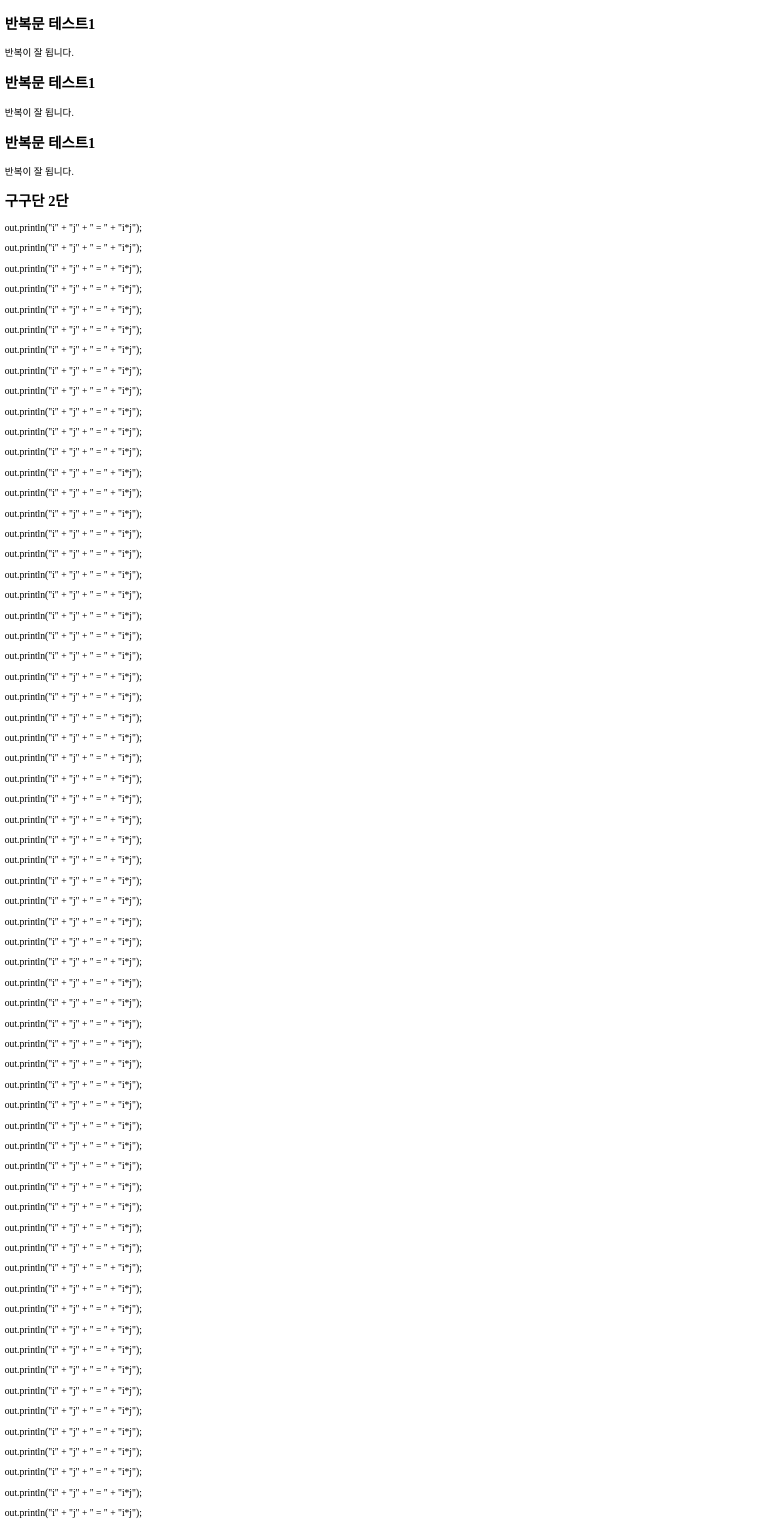
Repository: jjjjjjji-hun/jsp_practice
Page: http://localhost/JSPBasic/jspTag/Scriptlet.jsp
The author's editor kept a copy of each file at every save. The page is drawn from the files as they stood at one save, then again after the next save.
The browser window is 1280 px wide. The pictures show the whole page, at 60% of full size.
The page is served by Tomcat 9.

Above is the page before, as saved 2022-01-28 02:36:32.

### JSPBasic/src/main/webapp/jspTag/Scriptlet.jsp
<%@ page language="java" contentType="text/html; charset=UTF-8"
    pageEncoding="UTF-8"%>
<!DOCTYPE html>
<html>
<head>
<meta charset="UTF-8">
<title>Insert title here</title>
</head>
<body>
	<!-- 스크립트릿 내부에는 자바 코드를 작성할 수 있으며
	이 코드를 반영해 페이지가 구성됩니다. -->
	<% for(int i = 0; i < 3; i++){ %>
		<h2>반복문 테스트1</h2>
		<p>
			반복이 잘 됩니다.
		</p>
	<% } %>

	<!-- 하단에 구구단 코드를 작성해주세요.
	System.out.println()이 괄호 내 구문을 콘솔에 찍히게 해줬다면
	out.println()은 html화면에 괄호 내 구문을 콘솔에 찍히게 해줍니다.
	(javascript의 document.write()와 같은 역할) -->
	<h2>구구단 2단</h2>
	<% for(int i = 2; i < 10; i++){ %>
		<% for(int j = 1; j < 9; j++){ %>
			<p>out.println("i" + "j" + " = " + "i*j");<br/><p>
		<% } %>
	<% } %>
</body>
</html>

After the next save:
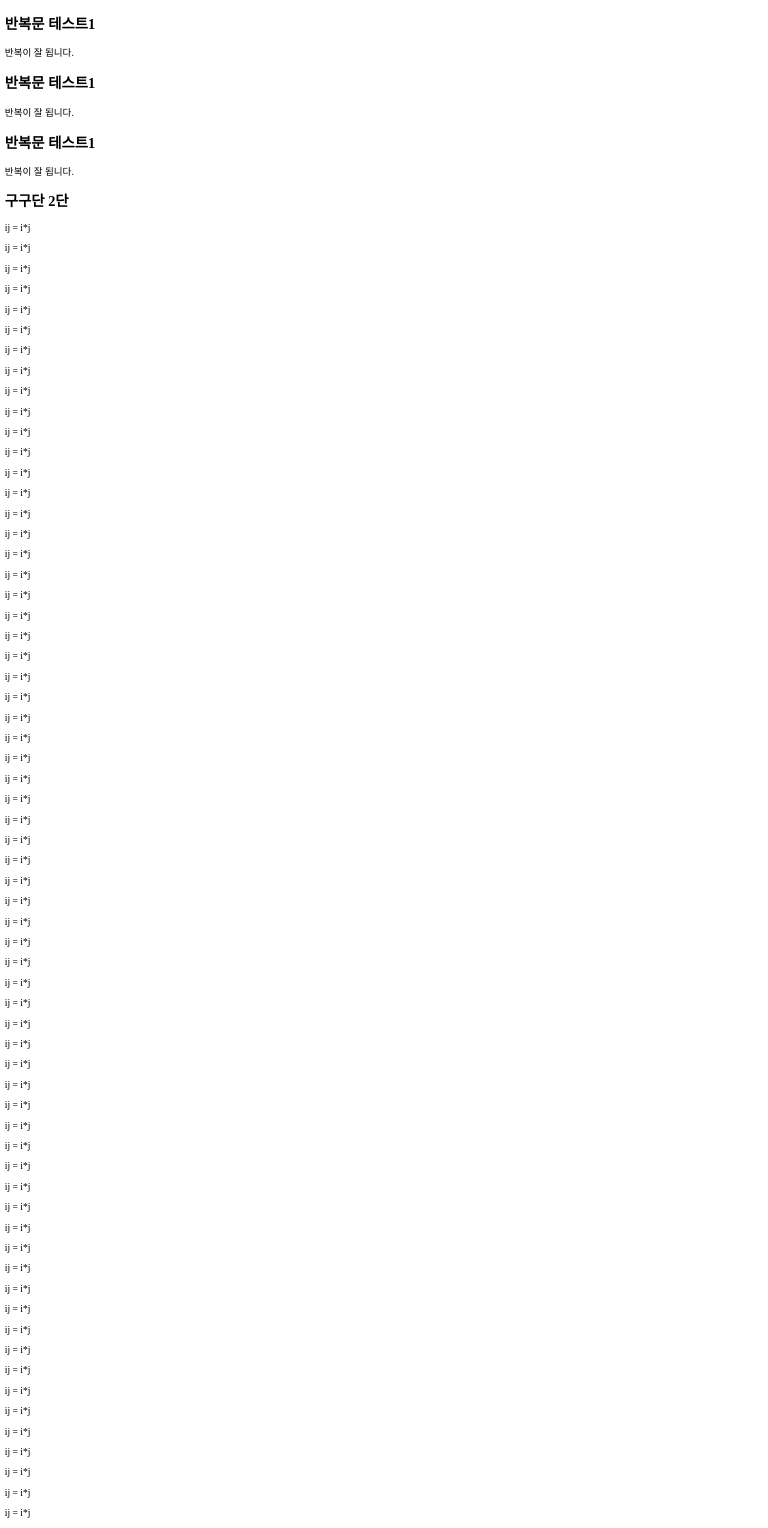
Saved 31 s later.
--- a/JSPBasic/src/main/webapp/jspTag/Scriptlet.jsp
+++ b/JSPBasic/src/main/webapp/jspTag/Scriptlet.jsp
@@ -23,7 +23,7 @@
 	<h2>구구단 2단</h2>
 	<% for(int i = 2; i < 10; i++){ %>
 		<% for(int j = 1; j < 9; j++){ %>
-			<p>out.println("i" + "j" + " = " + "i*j");<br/><p>
+			<p><%out.println("i" + "j" + " = " + "i*j");%><br/><p>
 		<% } %>
 	<% } %>
 </body>
